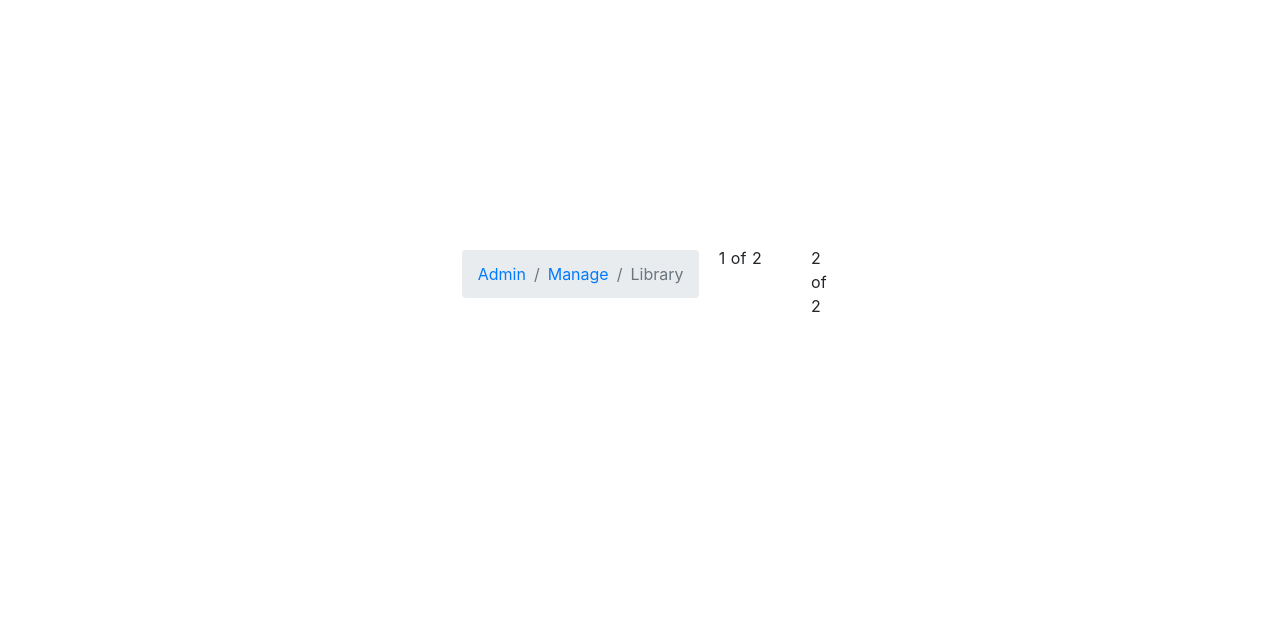
Repository: MTTTM/nuxt-xiaomatata
Page: /
These files come from the project's save history. The page is drawn as it stood at one moment and after the next save; the edit follows.
The browser window is 1280 px wide. The pictures show the part of the page from y = 678 to 1630 px (the page is 1320 px tall before and 2040 px after).
The project was rebuilt for these pictures with package versions that can differ from the ones it lists, and the page was loaded fresh each time. The framework's server and built-in components were replaced by stand-ins that run in the browser. Also part of the build but not shown: nuxt.config.js, components/Logo.vue, components/aboutMe.vue, components/articleListItem.vue, components/bloggerRanking.vue, components/carouselBox.vue, components/classifyList.vue, components/commentBox.vue and 7 more. Imported but missing from the stored project, and not drawn on this page: components/cmSpinner, mixins/scrollLoad.

Above is the page before, as saved 2021-04-10 11:24:28.

### components/breadCrumb.vue
<template>
  <b-breadcrumb :items="items"></b-breadcrumb>
</template>

<script>
export default {
  data() {
    return {
      items: [
        {
          text: "Admin",
          href: "#",
        },
        {
          text: "Manage",
          href: "#",
        },
        {
          text: "Library",
          active: true,
        },
      ],
    };
  },
};
</script>

### components/navBar.vue
<template>
  <div class="nav-bar">
    <b-navbar toggleable="lg" type="dark" variant="info" fixed="top">
      <b-navbar-brand href="#"> 塔塔 </b-navbar-brand>

      <b-navbar-toggle target="nav-collapse" />

      <b-collapse id="nav-collapse" is-nav>
        <b-navbar-nav>
          <b-nav-item href="#"> Link </b-nav-item>
          <b-nav-item href="#" disabled> Disabled </b-nav-item>
          <b-nav-item-dropdown text="Lang" right>
            <b-dropdown-item href="#"> EN </b-dropdown-item>
            <b-dropdown-item href="#"> ES </b-dropdown-item>
            <b-dropdown-item href="#"> RU </b-dropdown-item>
            <b-dropdown-item href="#"> FA </b-dropdown-item>
          </b-nav-item-dropdown>
        </b-navbar-nav>

        <!-- Right aligned nav items -->
        <b-navbar-nav class="ml-auto">
          <b-nav-form>
            <b-form-input size="sm" class="mr-sm-2" placeholder="Search" />

            <b-button size="sm" class="my-2 my-sm-0" type="submit">
              Search
            </b-button>
          </b-nav-form>

          <b-nav-item-dropdown right>
            <!-- Using 'button-content' slot -->
            <template #button-content>
              <b-avatar
                variant="info"
                src="https://placekitten.com/300/300"
              ></b-avatar>
              <em>User</em>
            </template>

            <b-dropdown-item href="#"> Profile </b-dropdown-item>
            <b-dropdown-item href="#"> Sign Out </b-dropdown-item>
          </b-nav-item-dropdown>
        </b-navbar-nav>
      </b-collapse>
    </b-navbar>
  </div>
</template>
<script>
export default {};
</script>
<style lang="scss">
* {
  margin: 0;
  padding: 0;
}
</style>

### layouts/default.vue
<template>
  <div>
    <navBar />
    <Nuxt />
  </div>
</template>
<script>
import navBar from "../components/navBar";
export default {
  components: { navBar }
};
</script>
<style>
html {
  font-size: 16px;
  word-spacing: 1px;
  -ms-text-size-adjust: 100%;
  -webkit-text-size-adjust: 100%;
  -moz-osx-font-smoothing: grayscale;
  -webkit-font-smoothing: antialiased;
  box-sizing: border-box;
}
</style>

### pages/index.vue
<template>
  <div>
    <b-carousel
      id="carousel-1"
      v-model="slide"
      :interval="4000"
      controls
      indicators
      background="#ababab"
      img-width="1024"
      img-height="480"
      style="text-shadow: 1px 1px 2px #333"
      @sliding-start="onSlideStart"
      @sliding-end="onSlideEnd"
    >
      <!-- Text slides with image -->
      <b-carousel-slide
        caption="First slide"
        text="Nulla vitae elit libero, a pharetra augue mollis interdum."
        img-src="https://picsum.photos/1024/480/?image=52"
      ></b-carousel-slide>

      <!-- Slides with custom text -->
      <b-carousel-slide img-src="https://picsum.photos/1024/480/?image=54">
        <h1>Hello world!</h1>
      </b-carousel-slide>

      <!-- Slides with image only -->
      <b-carousel-slide
        img-src="https://picsum.photos/1024/480/?image=58"
      ></b-carousel-slide>

      <!-- Slides with img slot -->
      <!-- Note the classes .d-block and .img-fluid to prevent browser default image alignment -->
      <b-carousel-slide>
        <template #img>
          <img
            class="d-block img-fluid w-100"
            width="1024"
            height="480"
            src="https://picsum.photos/1024/480/?image=55"
            alt="image slot"
          />
        </template>
      </b-carousel-slide>

      <!-- Slide with blank fluid image to maintain slide aspect ratio -->
      <b-carousel-slide caption="Blank Image" img-blank img-alt="Blank image">
        <p>
          Lorem ipsum dolor sit amet, consectetur adipiscing elit. Suspendisse
          eros felis, tincidunt a tincidunt eget, convallis vel est. Ut
          pellentesque ut lacus vel interdum.
        </p>
      </b-carousel-slide>
    </b-carousel>

    <b-container>
      <b-row>
        <b-col>
          <breadCrumb />
        </b-col>
      </b-row>

      <b-row>
        <b-col cols="9" md="9" sm="12">1 of 2</b-col>
        <b-col cols="3" md="3" sm="12">2 of 2</b-col>
      </b-row>
    </b-container>
  </div>
</template>
<script>
import breadCrumb from "../components/breadCrumb";
export default {
  components: { breadCrumb },
};
</script>
<style>
.container {
  margin: 0 auto;
  min-height: 100vh;
  display: flex;
  justify-content: center;
  align-items: center;
  text-align: center;
}

.title {
  display: block;
  font-weight: 300;
  font-size: 100px;
  color: #35495e;
  letter-spacing: 1px;
}

.subtitle {
  font-weight: 300;
  font-size: 42px;
  color: #526488;
  word-spacing: 5px;
  padding-bottom: 15px;
}

.links {
  padding-top: 15px;
}
</style>

Loaded but not shown: store/system.js (no copy from this time; the picture is the same without it)

After the next save:
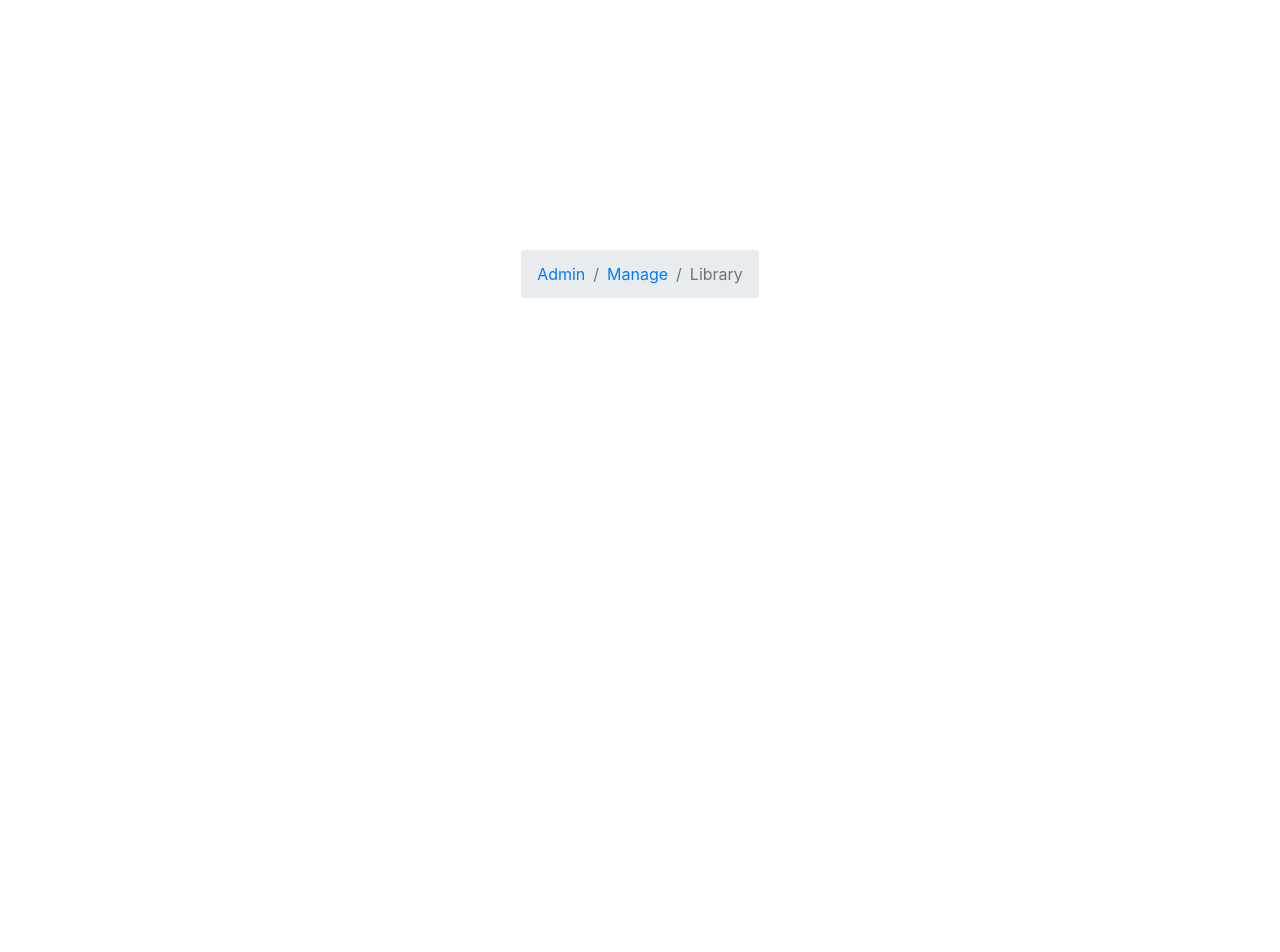
Saved 54 s later.
--- a/pages/index.vue
+++ b/pages/index.vue
@@ -60,7 +60,8 @@
           <breadCrumb />
         </b-col>
       </b-row>
-
+    </b-container>
+    <b-container>
       <b-row>
         <b-col cols="9" md="9" sm="12">1 of 2</b-col>
         <b-col cols="3" md="3" sm="12">2 of 2</b-col>
